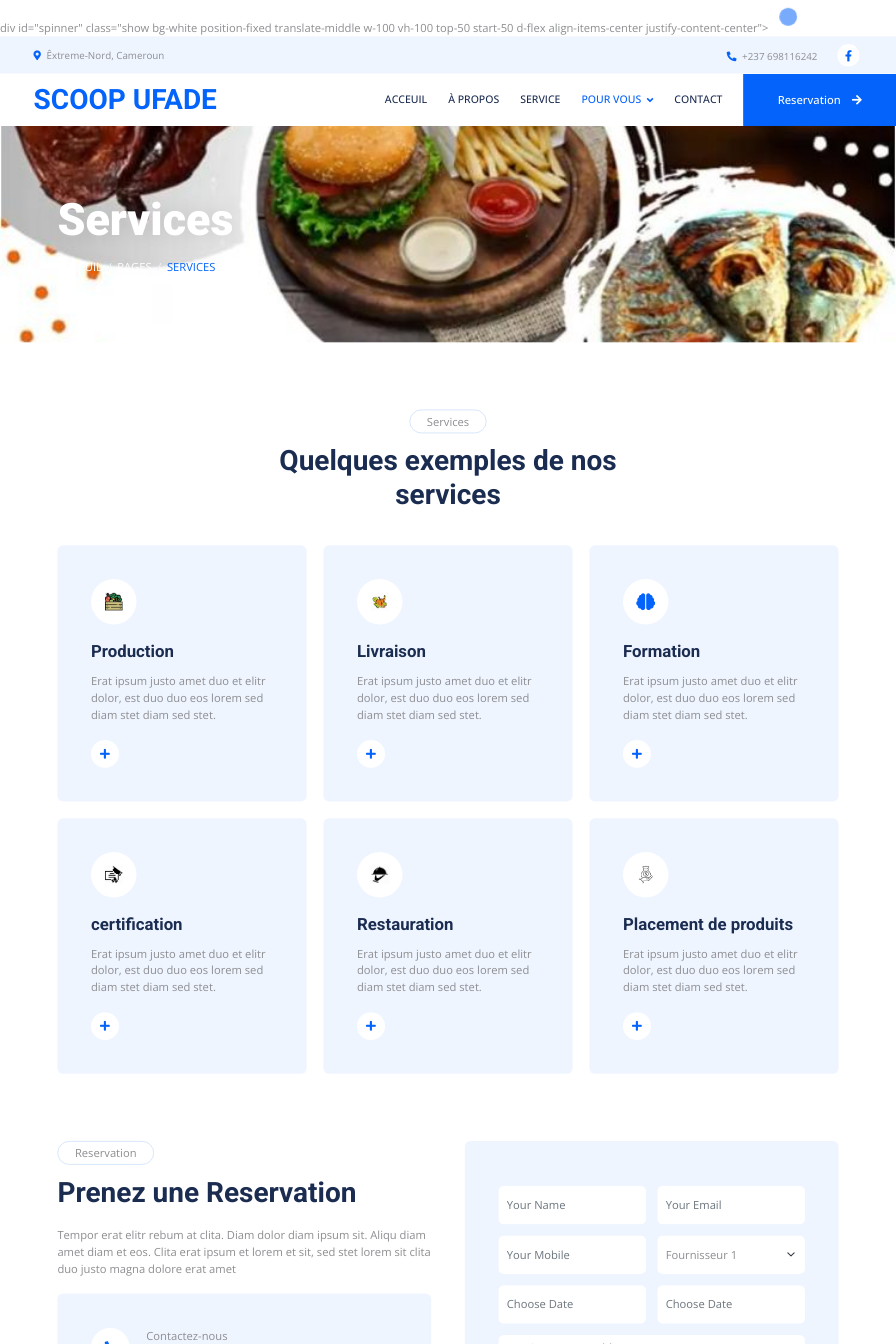
Repository: ryantido/scoop-ufade
Page: service.html
The author's editor kept a copy of each file at every save. The page is drawn from the files as they stood at one save, then again after the next save.
The browser window is 1280 px wide. The pictures show the part of the page from y = 0 to 1920 px (the page is 3244 px tall), at 70% of full size.
Some web libraries are served in a nearby version.

Above is the page before, as saved 2025-04-20 11:23:48.

After the next save:
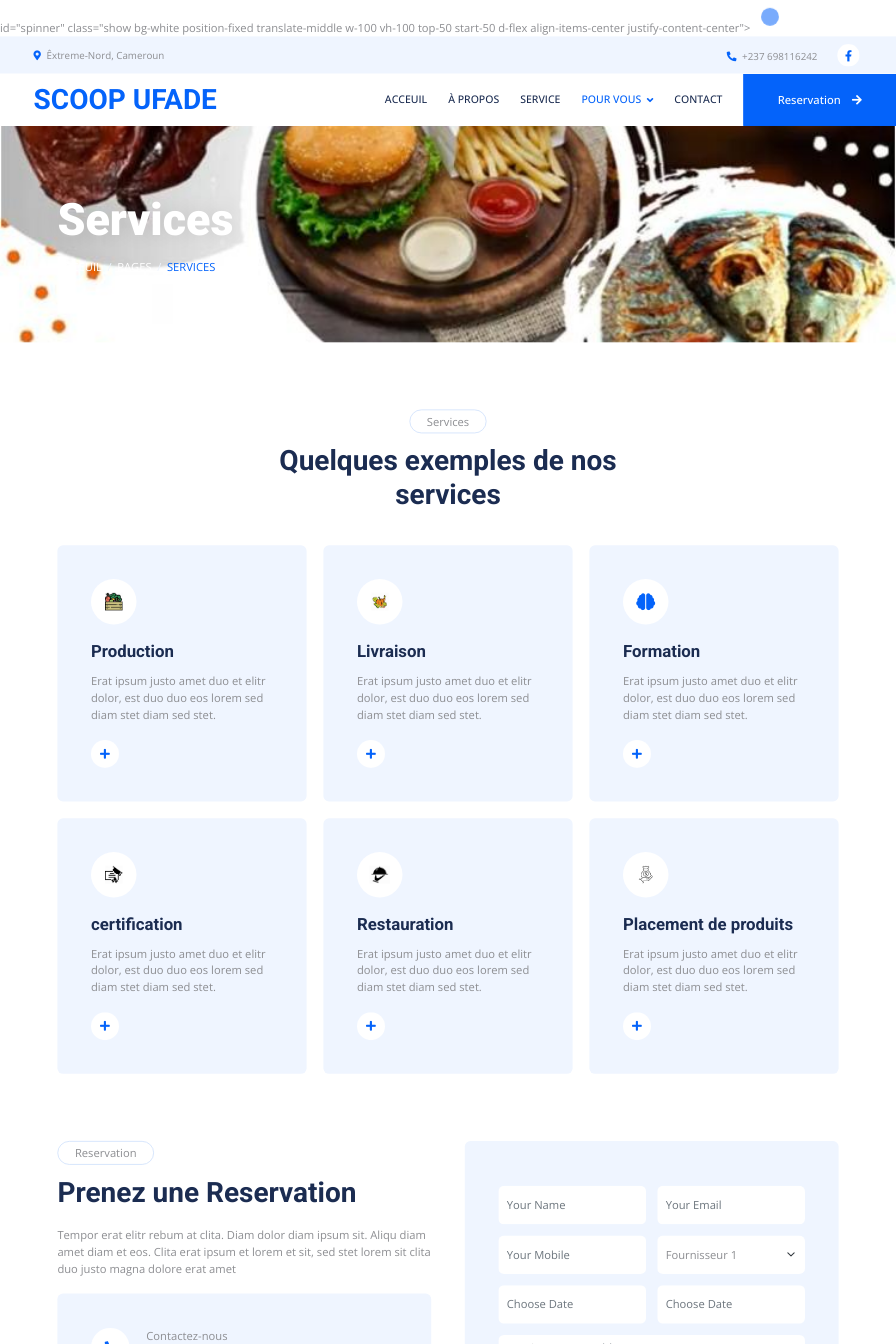
Saved 6 s later.
--- a/service.html
+++ b/service.html
@@ -27,7 +27,7 @@
 </head>
 
 <body>
-    div id="spinner" class="show bg-white position-fixed translate-middle w-100 vh-100 top-50 start-50 d-flex align-items-center justify-content-center">
+    <div> id="spinner" class="show bg-white position-fixed translate-middle w-100 vh-100 top-50 start-50 d-flex align-items-center justify-content-center">
         <div class="spinner-grow text-primary" style="width: 3rem; height: 3rem;" role="status">
             <span class="sr-only">Loading...</span>
         </div>
